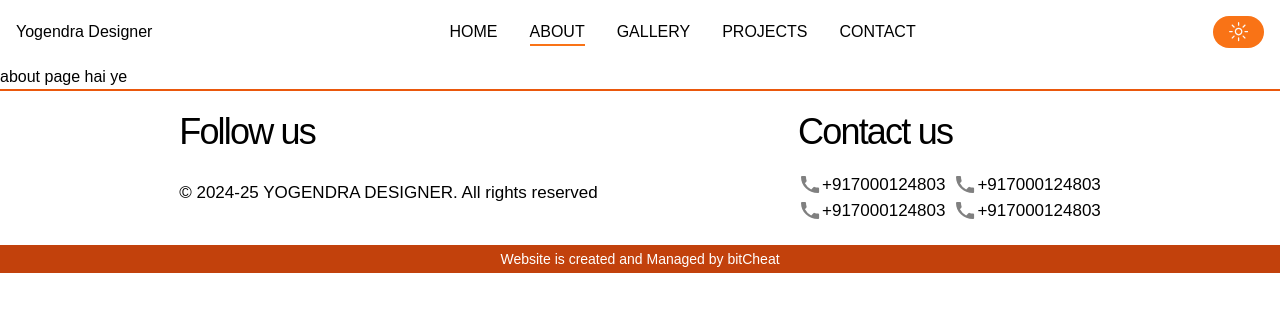
Repository: hitoutvrma/MB_designs-Interior-Designing-website
Page: /about
These files come from the project's save history. The page is drawn as it stood at one moment and after the next save; the edit follows.
The browser window is 1280 px wide. The pictures show the whole page.
The project was rebuilt for these pictures with package versions that can differ from the ones it lists, and the page was loaded fresh each time. The framework's server and built-in components were replaced by stand-ins that run in the browser. Also part of the build but not shown: next.config.mjs.

Above is the page before, as saved 2024-09-16 17:56:08.

After the next save:
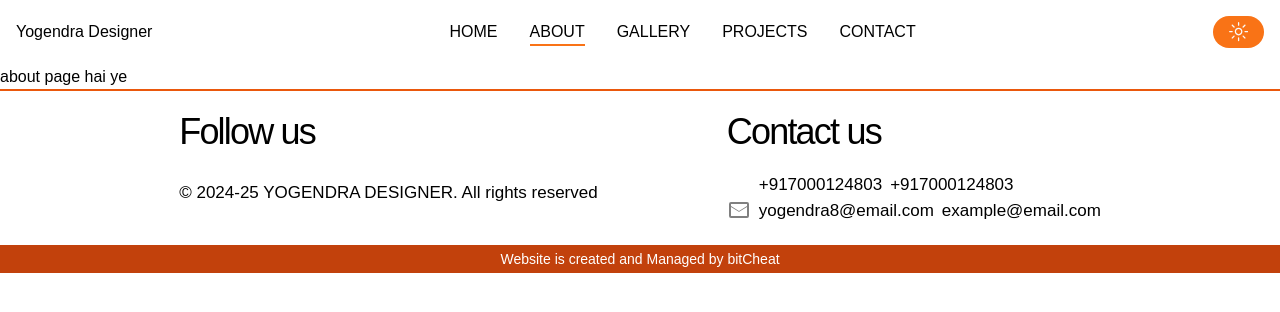
Saved 34 s later.
--- a/components/ui/Footer.jsx
+++ b/components/ui/Footer.jsx
@@ -20,33 +20,20 @@ const Footer = () => {
   </div>
   <div>
     <h1 class="pb-5 sm:text-4xl tracking-tighter">Contact us</h1>
-    <div class="sm:flex  gap-x-2">
-      <div className='flex'>
-      <svg class="text" xmlns="http://www.w3.org/2000/svg" viewBox="0 0 24 24" width="24" height="24" fill="gray">
+    <div class="flex gap-x-2">
+      <svg class="text" xmlns="http://www.w3.org/2000/svg" viewBox="0 0 24 24" width="24" height="24" fill="white">
         <path d="M6.62 10.79a15.533 15.533 0 006.59 6.59l2.2-2.2a1 1 0 011.09-.27c1.12.37 2.33.57 3.6.57a1 1 0 011 1V20a1 1 0 01-1 1C10.29 21 3 13.71 3 5a1 1 0 011-1h3.01a1 1 0 011 1c0 1.27.2 2.48.57 3.6a1 1 0 01-.27 1.09l-2.2 2.2z" />
       </svg>
       <a href="tel:+917000124803" class="hover:underline">+917000124803</a>
-      </div>
-      <div className='flex'>
-      <svg class="text" xmlns="http://www.w3.org/2000/svg" viewBox="0 0 24 24" width="24" height="24" fill="gray">
-        <path d="M6.62 10.79a15.533 15.533 0 006.59 6.59l2.2-2.2a1 1 0 011.09-.27c1.12.37 2.33.57 3.6.57a1 1 0 011 1V20a1 1 0 01-1 1C10.29 21 3 13.71 3 5a1 1 0 011-1h3.01a1 1 0 011 1c0 1.27.2 2.48.57 3.6a1 1 0 01-.27 1.09l-2.2 2.2z" />
+      <a href="tel:+917000124803" class="hover:underline">+917000124803</a>
+    </div>
+    <div class="sm:flex grid gap-x-2">
+      <svg xmlns="http://www.w3.org/2000/svg" viewBox="0 0 24 24" width="24" height="24" fill="gray">
+        <path d="M20 4H4a2 2 0 00-2 2v12a2 2 0 002 2h16a2 2 0 002-2V6a2 2 0 00-2-2zM4 6h16v2l-8 5-8-5V6zm0 12V9l7.39 4.62a1 1 0 001.22 0L20 9v9H4z" />
       </svg>
-      <a href="tel:+917000124803" class="hover:underline">+917000124803</a>
-      </div>
-    </div>
-    <div class="sm:flex  gap-x-2">
-      <div className='flex'>
-      <svg class="text" xmlns="http://www.w3.org/2000/svg" viewBox="0 0 24 24" width="24" height="24" fill="gray">
-        <path d="M6.62 10.79a15.533 15.533 0 006.59 6.59l2.2-2.2a1 1 0 011.09-.27c1.12.37 2.33.57 3.6.57a1 1 0 011 1V20a1 1 0 01-1 1C10.29 21 3 13.71 3 5a1 1 0 011-1h3.01a1 1 0 011 1c0 1.27.2 2.48.57 3.6a1 1 0 01-.27 1.09l-2.2 2.2z" />
-      </svg>
-      <a href="tel:+917000124803" class="hover:underline">+917000124803</a>
-      </div>
-      <div className='flex'>
-      <svg class="text" xmlns="http://www.w3.org/2000/svg" viewBox="0 0 24 24" width="24" height="24" fill="gray">
-        <path d="M6.62 10.79a15.533 15.533 0 006.59 6.59l2.2-2.2a1 1 0 011.09-.27c1.12.37 2.33.57 3.6.57a1 1 0 011 1V20a1 1 0 01-1 1C10.29 21 3 13.71 3 5a1 1 0 011-1h3.01a1 1 0 011 1c0 1.27.2 2.48.57 3.6a1 1 0 01-.27 1.09l-2.2 2.2z" />
-      </svg>
-      <a href="tel:+917000124803" class="hover:underline">+917000124803</a>
-      </div>
+      <a href="mailto:example@email.com" class="hover:underline">yogendra8@email.com</a>
+
+      <a href="mailto:example@email.com" class="hover:underline">example@email.com</a>
     </div>
   </div>
     </div>
@@ -57,6 +44,3 @@ const Footer = () => {
 }
 
 export default Footer
-{/* <svg xmlns="http://www.w3.org/2000/svg" viewBox="0 0 24 24" width="24" height="24" fill="gray">
-        <path d="M20 4H4a2 2 0 00-2 2v12a2 2 0 002 2h16a2 2 0 002-2V6a2 2 0 00-2-2zM4 6h16v2l-8 5-8-5V6zm0 12V9l7.39 4.62a1 1 0 001.22 0L20 9v9H4z" />
-      </svg> */}
